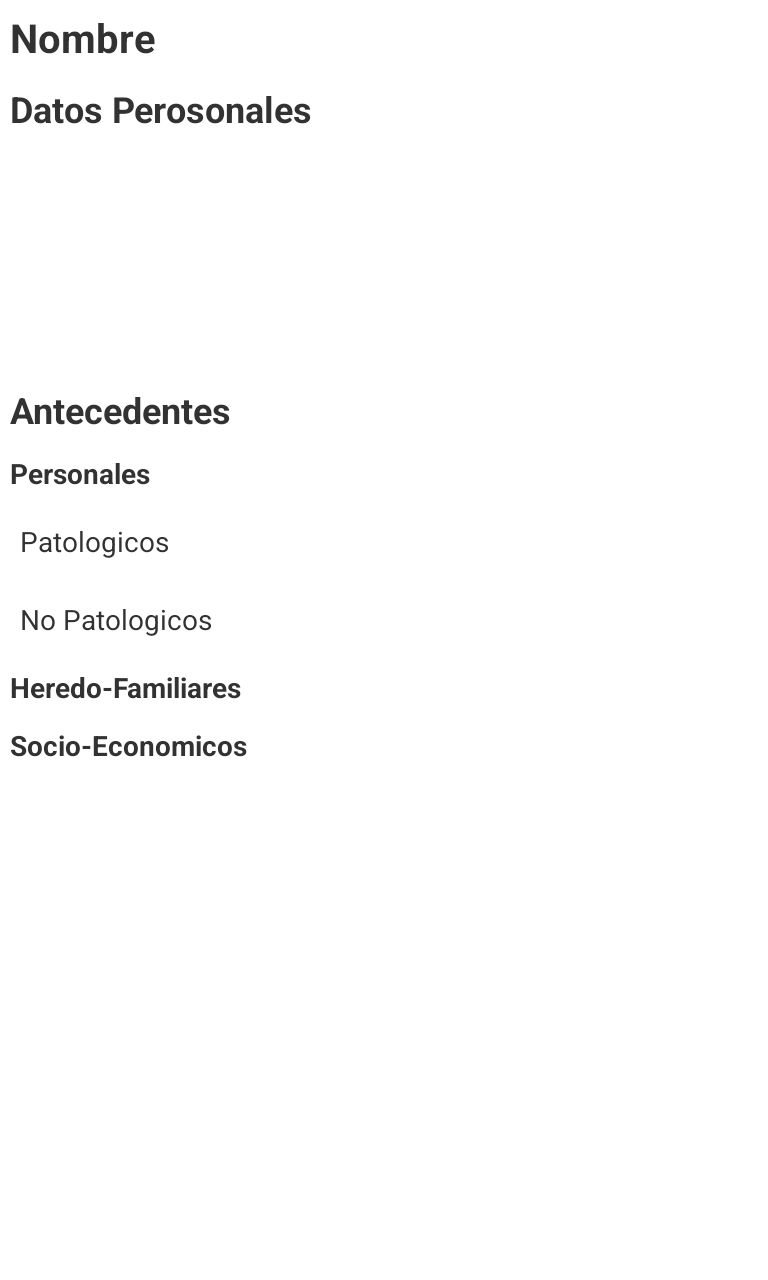
Repository: kakusio/AndoidMedics
Layout: NfcAndroidCliente/res/layout/historial_medico.xml
The author's editor kept a copy of each file at every save. The layout is drawn from the files as they stood at one save, then again after the next save.
It is drawn on a 768 x 1280 px phone screen (xhdpi) without system bars, with theme AppTheme; the app's code is not run. Lists and similar views that code fills are empty.

Above is the layout before, as saved 2013-04-14 18:03:25.

After the next save:
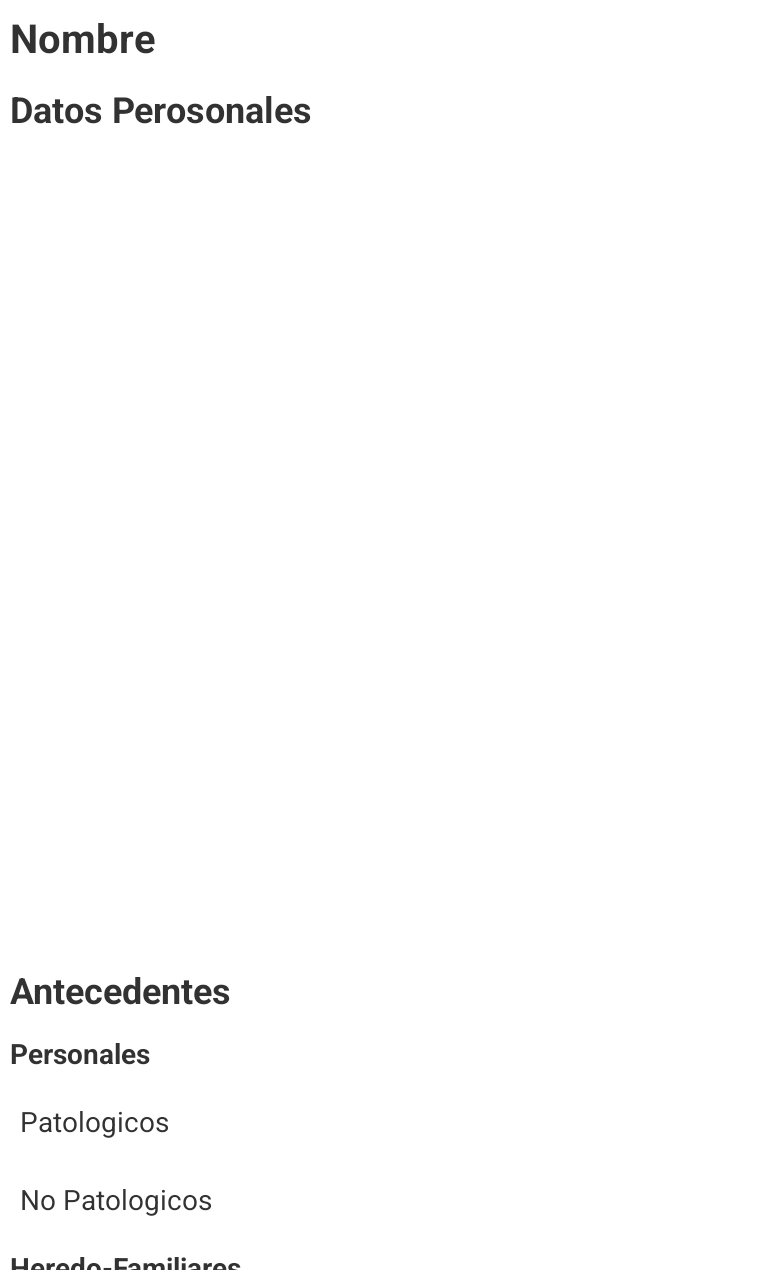
Saved 3 min 6 s later.
--- a/NfcAndroidCliente/res/layout/historial_medico.xml
+++ b/NfcAndroidCliente/res/layout/historial_medico.xml
@@ -46,7 +46,67 @@
             android:layout_margin="5dp" />
 
         <TextView
-            android:id="@+id/correoUsuario"
+            android:id="@+id/emailUsuario"
+            android:layout_width="match_parent"
+            android:layout_height="wrap_content"
+            android:layout_margin="5dp" />
+
+        <TextView
+            android:id="@+id/cedulaUsuario"
+            android:layout_width="match_parent"
+            android:layout_height="wrap_content"
+            android:layout_margin="5dp" />
+
+        <TextView
+            android:id="@+id/direccionUsuario"
+            android:layout_width="match_parent"
+            android:layout_height="wrap_content"
+            android:layout_margin="5dp" />
+
+        <TextView
+            android:id="@+id/tipoSangreUsuario"
+            android:layout_width="match_parent"
+            android:layout_height="wrap_content"
+            android:layout_margin="5dp" />
+
+        <TextView
+            android:id="@+id/religionUsuario"
+            android:layout_width="match_parent"
+            android:layout_height="wrap_content"
+            android:layout_margin="5dp" />
+
+        <TextView
+            android:id="@+id/ocupacionUsuario"
+            android:layout_width="match_parent"
+            android:layout_height="wrap_content"
+            android:layout_margin="5dp" />
+
+        <TextView
+            android:id="@+id/estadiCivilUsuario"
+            android:layout_width="match_parent"
+            android:layout_height="wrap_content"
+            android:layout_margin="5dp" />
+
+        <TextView
+            android:id="@+id/nivelEducacionUsuario"
+            android:layout_width="match_parent"
+            android:layout_height="wrap_content"
+            android:layout_margin="5dp" />
+
+        <TextView
+            android:id="@+id/RazaUsuario"
+            android:layout_width="match_parent"
+            android:layout_height="wrap_content"
+            android:layout_margin="5dp" />
+
+        <TextView
+            android:id="@+id/pesoUsuario"
+            android:layout_width="match_parent"
+            android:layout_height="wrap_content"
+            android:layout_margin="5dp" />
+
+        <TextView
+            android:id="@+id/alturaUsuario"
             android:layout_width="match_parent"
             android:layout_height="wrap_content"
             android:layout_margin="5dp" />
